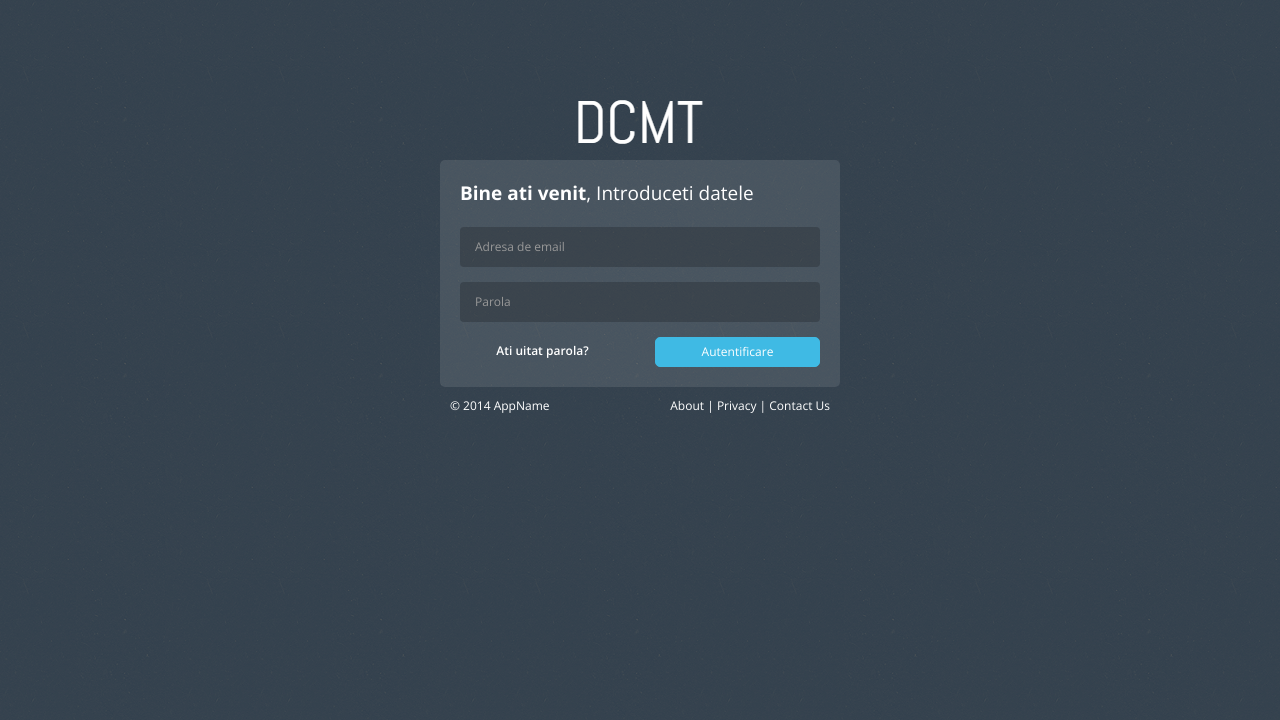
Repository: vladutbutnaru/DentalClinicManagementTool
Page: http://localhost/app/login.jsp
The author's editor kept a copy of each file at every save. The page is drawn from the files as they stood at one save, then again after the next save.
The browser window is 1280 px wide. The pictures show the whole page.
The page is served by Tomcat 9. Other server files are loaded and not shown.

Above is the page before, as saved 2016-10-03 12:21:36.

### app/src/main/webapp/login.jsp
<!DOCTYPE html>
<html lang="en" class="body-full-height">
    <head>
        <!-- META SECTION -->
        <title>DCMT - Autentificare</title>
        <meta http-equiv="Content-Type" content="text/html; charset=utf-8" />
        <meta http-equiv="X-UA-Compatible" content="IE=edge" />
        <meta name="viewport" content="width=device-width, initial-scale=1" />

        <link rel="icon" href="favicon.ico" type="image/x-icon" />
        <!-- END META SECTION -->

        <!-- CSS INCLUDE -->
        <link rel="stylesheet" type="text/css" id="theme" href="css/theme-default.css"/>
        <!-- EOF CSS INCLUDE -->
    </head>
    <body>

        <div class="login-container">

            <div class="login-box animated fadeInDown">
                <div class="login-logo"></div>
                <div class="login-body">
                    <div class="login-title"><strong>Bine ati venit</strong>, Introduceti datele</div>
                    <form action="index.html" class="form-horizontal" method="post">
                    <div class="form-group">
                        <div class="col-md-12">
                            <input type="text" class="form-control" placeholder="Adresa de email"/>
                        </div>
                    </div>
                    <div class="form-group">
                        <div class="col-md-12">
                            <input type="password" class="form-control" placeholder="Parola"/>
                        </div>
                    </div>
                    <div class="form-group">
                        <div class="col-md-6">
                            <a href="#" class="btn btn-link btn-block">Ati uitat parola?</a>
                        </div>
                        <div class="col-md-6">
                            <button class="btn btn-info btn-block">Autentificare</button>
                        </div>
                    </div>
                    </form>
                </div>
                <div class="login-footer">
                    <div class="pull-left">
                        &copy; 2014 AppName
                    </div>
                    <div class="pull-right">
                        <a href="#">About</a> |
                        <a href="#">Privacy</a> |
                        <a href="#">Contact Us</a>
                    </div>
                </div>
            </div>

        </div>

    </body>
</html>

### app/src/main/webapp/css/codemirror/codemirror.css
/* BASICS */

.CodeMirror {
  /* Set height, width, borders, and global font properties here */
  font-family: monospace;
  height: 300px;
}
.CodeMirror-scroll {
  /* Set scrolling behaviour here */
  overflow: auto;
}

/* PADDING */

.CodeMirror-lines {
  padding: 4px 0; /* Vertical padding around content */
}
.CodeMirror pre {
  padding: 0 4px; /* Horizontal padding of content */
}

.CodeMirror-scrollbar-filler, .CodeMirror-gutter-filler {
  background-color: white; /* The little square between H and V scrollbars */
}

/* GUTTER */

.CodeMirror-gutters {
  border-right: 1px solid #ddd;
  background-color: #f7f7f7;
  white-space: nowrap;
}
.CodeMirror-linenumbers {}
.CodeMirror-linenumber {
  padding: 0 3px 0 5px;
  min-width: 20px;
  text-align: right;
  color: #999;
  -moz-box-sizing: content-box;
  box-sizing: content-box;
}

.CodeMirror-guttermarker { color: black; }
.CodeMirror-guttermarker-subtle { color: #999; }

/* CURSOR */

.CodeMirror div.CodeMirror-cursor {
  border-left: 1px solid black;
}
/* Shown when moving in bi-directional text */
.CodeMirror div.CodeMirror-secondarycursor {
  border-left: 1px solid silver;
}
.CodeMirror.cm-keymap-fat-cursor div.CodeMirror-cursor {
  width: auto;
  border: 0;
  background: #7e7;
}
.cm-animate-fat-cursor {
  width: auto;
  border: 0;
  -webkit-animation: blink 1.06s steps(1) infinite;
  -moz-animation: blink 1.06s steps(1) infinite;
  animation: blink 1.06s steps(1) infinite;
}
@-moz-keyframes blink {
  0% { background: #7e7; }
  50% { background: none; }
  100% { background: #7e7; }
}
@-webkit-keyframes blink {
  0% { background: #7e7; }
  50% { background: none; }
  100% { background: #7e7; }
}
@keyframes blink {
  0% { background: #7e7; }
  50% { background: none; }
  100% { background: #7e7; }
}

/* Can style cursor different in overwrite (non-insert) mode */
div.CodeMirror-overwrite div.CodeMirror-cursor {}

.cm-tab { display: inline-block; }

.CodeMirror-ruler {
  border-left: 1px solid #ccc;
  position: absolute;
}

/* DEFAULT THEME */

.cm-s-default .cm-keyword {color: #708;}
.cm-s-default .cm-atom {color: #219;}
.cm-s-default .cm-number {color: #164;}
.cm-s-default .cm-def {color: #00f;}
.cm-s-default .cm-variable,
.cm-s-default .cm-punctuation,
.cm-s-default .cm-property,
.cm-s-default .cm-operator {}
.cm-s-default .cm-variable-2 {color: #05a;}
.cm-s-default .cm-variable-3 {color: #085;}
.cm-s-default .cm-comment {color: #a50;}
.cm-s-default .cm-string {color: #a11;}
.cm-s-default .cm-string-2 {color: #f50;}
.cm-s-default .cm-meta {color: #555;}
.cm-s-default .cm-qualifier {color: #555;}
.cm-s-default .cm-builtin {color: #30a;}
.cm-s-default .cm-bracket {color: #997;}
.cm-s-default .cm-tag {color: #170;}
.cm-s-default .cm-attribute {color: #00c;}
.cm-s-default .cm-header {color: blue;}
.cm-s-default .cm-quote {color: #090;}
.cm-s-default .cm-hr {color: #999;}
.cm-s-default .cm-link {color: #00c;}

.cm-negative {color: #d44;}
.cm-positive {color: #292;}
.cm-header, .cm-strong {font-weight: bold;}
.cm-em {font-style: italic;}
.cm-link {text-decoration: underline;}

.cm-s-default .cm-error {color: #f00;}
.cm-invalidchar {color: #f00;}

/* Default styles for common addons */

div.CodeMirror span.CodeMirror-matchingbracket {color: #0f0;}
div.CodeMirror span.CodeMirror-nonmatchingbracket {color: #f22;}
.CodeMirror-matchingtag { background: rgba(255, 150, 0, .3); }
.CodeMirror-activeline-background {background: #e8f2ff;}

/* STOP */

/* The rest of this file contains styles related to the mechanics of
   the editor. You probably shouldn't touch them. */

.CodeMirror {
  line-height: 1;
  position: relative;
  overflow: hidden;
  background: white;
  color: black;
}

.CodeMirror-scroll {
  /* 30px is the magic margin used to hide the element's real scrollbars */
  /* See overflow: hidden in .CodeMirror */
  margin-bottom: -30px; margin-right: -30px;
  padding-bottom: 30px;
  height: 100%;
  outline: none; /* Prevent dragging from highlighting the element */
  position: relative;
  -moz-box-sizing: content-box;
  box-sizing: content-box;
}
.CodeMirror-sizer {
  position: relative;
  border-right: 30px solid transparent;
  -moz-box-sizing: content-box;
  box-sizing: content-box;
}

/* The fake, visible scrollbars. Used to force redraw during scrolling
   before actuall scrolling happens, thus preventing shaking and
   flickering artifacts. */
.CodeMirror-vscrollbar, .CodeMirror-hscrollbar, .CodeMirror-scrollbar-filler, .CodeMirror-gutter-filler {
  position: absolute;
  z-index: 6;
  display: none;
}
.CodeMirror-vscrollbar {
  right: 0; top: 0;
  overflow-x: hidden;
  overflow-y: scroll;
}
.CodeMirror-hscrollbar {
  bottom: 0; left: 0;
  overflow-y: hidden;
  overflow-x: scroll;
}
.CodeMirror-scrollbar-filler {
  right: 0; bottom: 0;
}
.CodeMirror-gutter-filler {
  left: 0; bottom: 0;
}

.CodeMirror-gutters {
  position: absolute; left: 0; top: 0;
  padding-bottom: 30px;
  z-index: 3;
}
.CodeMirror-gutter {
  white-space: normal;
  height: 100%;
  -moz-box-sizing: content-box;
  box-sizing: content-box;
  padding-bottom: 30px;
  margin-bottom: -32px;
  display: inline-block;
  /* Hack to make IE7 behave */
  *zoom:1;
  *display:inline;
}
.CodeMirror-gutter-elt {
  position: absolute;
  cursor: default;
  z-index: 4;
}

.CodeMirror-lines {
  cursor: text;
}
.CodeMirror pre {
  /* Reset some styles that the rest of the page might have set */
  -moz-border-radius: 0; -webkit-border-radius: 0; border-radius: 0;
  border-width: 0;
  background: transparent;
  font-family: inherit;
  font-size: inherit;
  margin: 0;
  white-space: pre;
  word-wrap: normal;
  line-height: inherit;
  color: inherit;
  z-index: 2;
  position: relative;
  overflow: visible;
}
.CodeMirror-wrap pre {
  word-wrap: break-word;
  white-space: pre-wrap;
  word-break: normal;
}

.CodeMirror-linebackground {
  position: absolute;
  left: 0; right: 0; top: 0; bottom: 0;
  z-index: 0;
}

.CodeMirror-linewidget {
  position: relative;
  z-index: 2;
  overflow: auto;
}

.CodeMirror-widget {}

.CodeMirror-wrap .CodeMirror-scroll {
  overflow-x: hidden;
}

.CodeMirror-measure {
  position: absolute;
  width: 100%;
  height: 0;
  overflow: hidden;
  visibility: hidden;
}
.CodeMirror-measure pre { position: static; }

.CodeMirror div.CodeMirror-cursor {
  position: absolute;
  border-right: none;
  width: 0;
}

div.CodeMirror-cursors {
  visibility: hidden;
  position: relative;
  z-index: 1;
}
.CodeMirror-focused div.CodeMirror-cursors {
  visibility: visible;
}

.CodeMirror-selected { background: #d9d9d9; }
.CodeMirror-focused .CodeMirror-selected { background: #d7d4f0; }
.CodeMirror-crosshair { cursor: crosshair; }

.cm-searching {
  background: #ffa;
  background: rgba(255, 255, 0, .4);
}

/* IE7 hack to prevent it from returning funny offsetTops on the spans */
.CodeMirror span { *vertical-align: text-bottom; }

/* Used to force a border model for a node */
.cm-force-border { padding-right: .1px; }

@media print {
  /* Hide the cursor when printing */
  .CodeMirror div.CodeMirror-cursors {
    visibility: hidden;
  }
}

### app/src/main/webapp/css/rickshaw/rickshaw.css
.rickshaw_graph .detail {
	pointer-events: none;
	position: absolute;
	top: 0;
	z-index: 2;
	background: rgba(0, 0, 0, 0.1);
	bottom: 0;
	width: 1px;
	transition: opacity 0.25s linear;
	-moz-transition: opacity 0.25s linear;
	-o-transition: opacity 0.25s linear;
	-webkit-transition: opacity 0.25s linear;
}
.rickshaw_graph .detail.inactive {
	opacity: 0;
}
.rickshaw_graph .detail .item.active {
	opacity: 1;
}
.rickshaw_graph .detail .x_label {
	font-family: Arial, sans-serif;
	border-radius: 3px;
	padding: 6px;
	opacity: 0.5;
	border: 1px solid #e0e0e0;
	font-size: 12px;
	position: absolute;
	background: white;
	white-space: nowrap;
}
.rickshaw_graph .detail .x_label.left {
	left: 0;
}
.rickshaw_graph .detail .x_label.right {
	right: 0;
}
.rickshaw_graph .detail .item {
	position: absolute;
	z-index: 2;
	border-radius: 3px;
	padding: 0.25em;
	font-size: 12px;
	font-family: Arial, sans-serif;
	opacity: 0;
	background: rgba(0, 0, 0, 0.4);
	color: white;
	border: 1px solid rgba(0, 0, 0, 0.4);
	margin-left: 1em;
	margin-right: 1em;
	margin-top: -1em;
	white-space: nowrap;
}
.rickshaw_graph .detail .item.left {
	left: 0;
}
.rickshaw_graph .detail .item.right {
	right: 0;
}
.rickshaw_graph .detail .item.active {
	opacity: 1;
	background: rgba(0, 0, 0, 0.8);
}
.rickshaw_graph .detail .item:after {
	position: absolute;
	display: block;
	width: 0;
	height: 0;

	content: "";

	border: 5px solid transparent;
}
.rickshaw_graph .detail .item.left:after {
	top: 1em;
	left: -5px;
	margin-top: -5px;
	border-right-color: rgba(0, 0, 0, 0.8);
	border-left-width: 0;
}
.rickshaw_graph .detail .item.right:after {
	top: 1em;
	right: -5px;
	margin-top: -5px;
	border-left-color: rgba(0, 0, 0, 0.8);
	border-right-width: 0;
}
.rickshaw_graph .detail .dot {
	width: 4px;
	height: 4px;
	margin-left: -2px;
	margin-top: -2px;
	border-radius: 5px;
	position: absolute;
	box-shadow: 0 0 2px rgba(0, 0, 0, 0.6);
	background: white;
	border-width: 2px;
	border-style: solid;
	display: none;
	background-clip: padding-box;
}
.rickshaw_graph .detail .dot.active {
	display: block;
}
/* graph */

.rickshaw_graph {
	position: relative;
}
.rickshaw_graph svg {
	display: block;
	overflow: hidden;
}

/* ticks */

.rickshaw_graph .x_tick {
	position: absolute;
	top: 0;
	bottom: 0;
	width: 0px;
	border-left: 1px dotted rgba(0, 0, 0, 0.2);
	pointer-events: none;
}
.rickshaw_graph .x_tick .title {
	position: absolute;
	font-size: 12px;
	font-family: Arial, sans-serif;
	opacity: 0.5;
	white-space: nowrap;
	margin-left: 3px;
	bottom: 1px;
}

/* annotations */

.rickshaw_annotation_timeline {
	height: 1px;
	border-top: 1px solid #e0e0e0;
	margin-top: 10px;
	position: relative;
}
.rickshaw_annotation_timeline .annotation {
	position: absolute;
	height: 6px;
	width: 6px;
	margin-left: -2px;
	top: -3px;
	border-radius: 5px;
	background-color: rgba(0, 0, 0, 0.25);
}
.rickshaw_graph .annotation_line {
	position: absolute;
	top: 0;
	bottom: -6px;
	width: 0px;
	border-left: 2px solid rgba(0, 0, 0, 0.3);
	display: none;
}
.rickshaw_graph .annotation_line.active {
	display: block;
}

.rickshaw_graph .annotation_range {
        background: rgba(0, 0, 0, 0.1);
        display: none;
        position: absolute;
        top: 0;
        bottom: -6px;
}
.rickshaw_graph .annotation_range.active {
        display: block;
}
.rickshaw_graph .annotation_range.active.offscreen {
        display: none;
}

.rickshaw_annotation_timeline .annotation .content {
	background: white;
	color: black;
	opacity: 0.9;
	padding: 5px 5px;
	box-shadow: 0 0 2px rgba(0, 0, 0, 0.8);
	border-radius: 3px;
	position: relative;
	z-index: 20;
	font-size: 12px;
	padding: 6px 8px 8px;
	top: 18px;
	left: -11px;
	width: 160px;
	display: none;
	cursor: pointer;
}
.rickshaw_annotation_timeline .annotation .content:before {
	content: "\25b2";
	position: absolute;
	top: -11px;
	color: white;
	text-shadow: 0 -1px 1px rgba(0, 0, 0, 0.8);
}
.rickshaw_annotation_timeline .annotation.active,
.rickshaw_annotation_timeline .annotation:hover {
	background-color: rgba(0, 0, 0, 0.8);
	cursor: none;
}
.rickshaw_annotation_timeline .annotation .content:hover {
	z-index: 50;
}
.rickshaw_annotation_timeline .annotation.active .content {
	display: block;
}
.rickshaw_annotation_timeline .annotation:hover .content {
	display: block;
	z-index: 50;
}
.rickshaw_graph .y_axis,
.rickshaw_graph  .x_axis_d3 {
	fill: none;
}
.rickshaw_graph .y_ticks .tick,
.rickshaw_graph .x_ticks_d3 .tick {
	stroke: rgba(0, 0, 0, 0.16);
	stroke-width: 2px;
	shape-rendering: crisp-edges;
	pointer-events: none;
}
.rickshaw_graph .y_grid .tick,
.rickshaw_graph .x_grid_d3 .tick {
	z-index: -1;
	stroke: rgba(0, 0, 0, 0.20);
	stroke-width: 1px;
	stroke-dasharray: 1 1;
}
.rickshaw_graph .y_grid .tick[data-y-value="0"] {
	stroke-dasharray: 1 0;
}
.rickshaw_graph .y_grid path,
.rickshaw_graph .x_grid_d3 path  {
	fill: none;
	stroke: none;
}
.rickshaw_graph .y_ticks path,
.rickshaw_graph .x_ticks_d3 path {
	fill: none;
	stroke: #808080;
}
.rickshaw_graph .y_ticks text,
.rickshaw_graph .x_ticks_d3 text {
	opacity: 0.5;
	font-size: 12px;
	pointer-events: none;
}
.rickshaw_graph .x_tick.glow .title,
.rickshaw_graph .y_ticks.glow text {
	fill: black;
	color: black;
	text-shadow:
		-1px 1px 0 rgba(255, 255, 255, 0.1),
		1px -1px 0 rgba(255, 255, 255, 0.1),
		1px 1px 0 rgba(255, 255, 255, 0.1),
		0px 1px 0 rgba(255, 255, 255, 0.1),
		0px -1px 0 rgba(255, 255, 255, 0.1),
		1px 0px 0 rgba(255, 255, 255, 0.1),
		-1px 0px 0 rgba(255, 255, 255, 0.1),
		-1px -1px 0 rgba(255, 255, 255, 0.1);
}
.rickshaw_graph .x_tick.inverse .title,
.rickshaw_graph .y_ticks.inverse text {
	fill: white;
	color: white;
	text-shadow:
		-1px 1px 0 rgba(0, 0, 0, 0.8),
		1px -1px 0 rgba(0, 0, 0, 0.8),
		1px 1px 0 rgba(0, 0, 0, 0.8),
		0px 1px 0 rgba(0, 0, 0, 0.8),
		0px -1px 0 rgba(0, 0, 0, 0.8),
		1px 0px 0 rgba(0, 0, 0, 0.8),
		-1px 0px 0 rgba(0, 0, 0, 0.8),
		-1px -1px 0 rgba(0, 0, 0, 0.8);
}
.rickshaw_legend {
	font-family: Arial;
	font-size: 12px;
	color: white;
	background: #404040;
	display: inline-block;
	padding: 12px 5px;
	border-radius: 2px;
	position: relative;
}
.rickshaw_legend:hover {
	z-index: 10;
}
.rickshaw_legend .swatch {
	width: 10px;
	height: 10px;
	border: 1px solid rgba(0, 0, 0, 0.2);
}
.rickshaw_legend .line {
	clear: both;
	line-height: 140%;
	padding-right: 15px;
}
.rickshaw_legend .line .swatch {
	display: inline-block;
	margin-right: 3px;
	border-radius: 2px;
}
.rickshaw_legend .label {
	margin: 0;
	white-space: nowrap;
	display: inline;
	font-size: inherit;
	background-color: transparent;
	color: inherit;
	font-weight: normal;
	line-height: normal;
	padding: 0px;
	text-shadow: none;
}
.rickshaw_legend .action:hover {
	opacity: 0.6;
}
.rickshaw_legend .action {
	margin-right: 0.2em;
	font-size: 10px;
	opacity: 0.2;
	cursor: pointer;
	font-size: 14px;
}
.rickshaw_legend .line.disabled {
	opacity: 0.4;
}
.rickshaw_legend ul {
	list-style-type: none;
	margin: 0;
	padding: 0;
	margin: 2px;
	cursor: pointer;
}
.rickshaw_legend li {
	padding: 0 0 0 2px;
	min-width: 80px;
	white-space: nowrap;
}
.rickshaw_legend li:hover {
	background: rgba(255, 255, 255, 0.08);
	border-radius: 3px;
}
.rickshaw_legend li:active {
	background: rgba(255, 255, 255, 0.2);
	border-radius: 3px;
}

Loaded but not shown: app/src/main/webapp/css/theme-default.css (library); app/src/main/webapp/css/jquery/jquery-ui.min.css (common file); app/src/main/webapp/css/bootstrap/bootstrap.min.css (library); app/src/main/webapp/css/fontawesome/font-awesome.min.css (library); app/src/main/webapp/css/summernote/summernote.css (library); app/src/main/webapp/css/mcustomscrollbar/jquery.mCustomScrollbar.css (library); app/src/main/webapp/css/blueimp/blueimp-gallery.min.css (library); app/src/main/webapp/css/animate/animate.min.css (library); app/src/main/webapp/css/fullcalendar/fullcalendar.css (1397 lines, source omitted); app/src/main/webapp/css/nvd3/nv.d3.css (768 lines, source omitted); app/src/main/webapp/css/dropzone/dropzone.css (392 lines, source omitted)

After the next save:
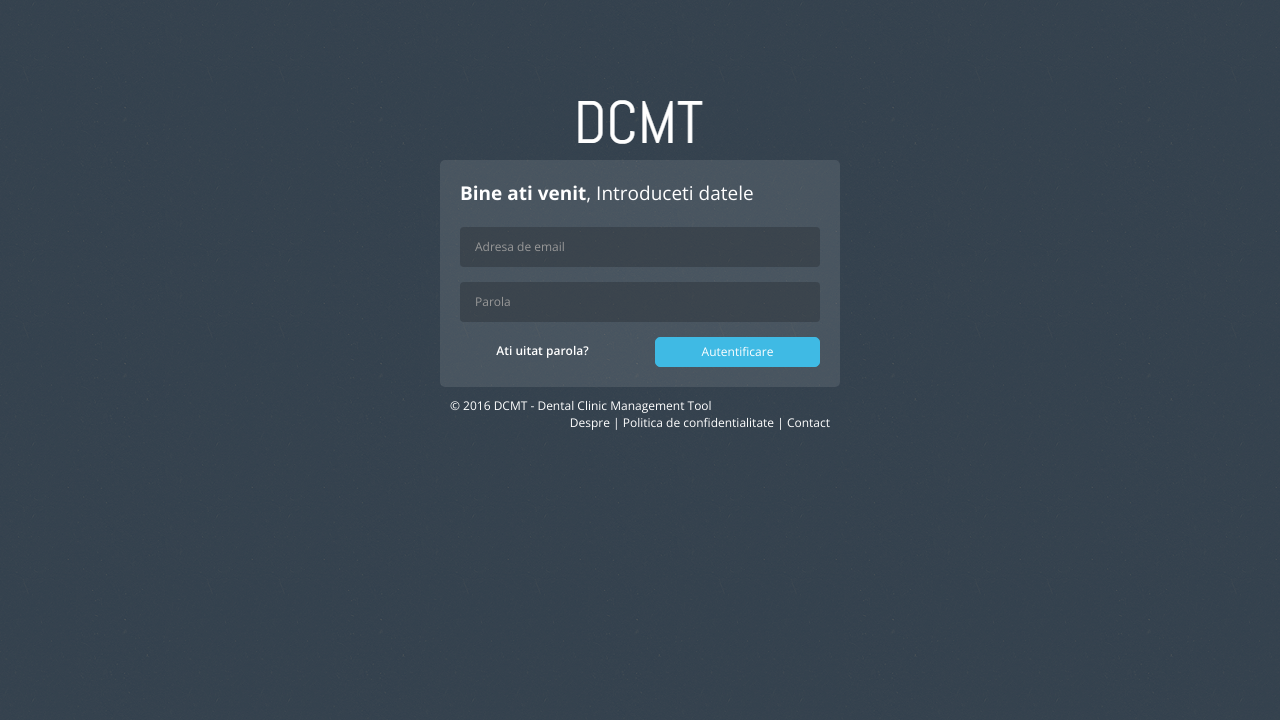
Saved 30 s later.
--- a/app/src/main/webapp/login.jsp
+++ b/app/src/main/webapp/login.jsp
@@ -45,12 +45,12 @@
                 </div>
                 <div class="login-footer">
                     <div class="pull-left">
-                        &copy; 2014 AppName
+                        &copy; 2016 DCMT - Dental Clinic Management Tool
                     </div>
                     <div class="pull-right">
-                        <a href="#">About</a> |
-                        <a href="#">Privacy</a> |
-                        <a href="#">Contact Us</a>
+                        <a href="#">Despre</a> |
+                        <a href="#">Politica de confidentialitate</a> |
+                        <a href="#">Contact</a>
                     </div>
                 </div>
             </div>
